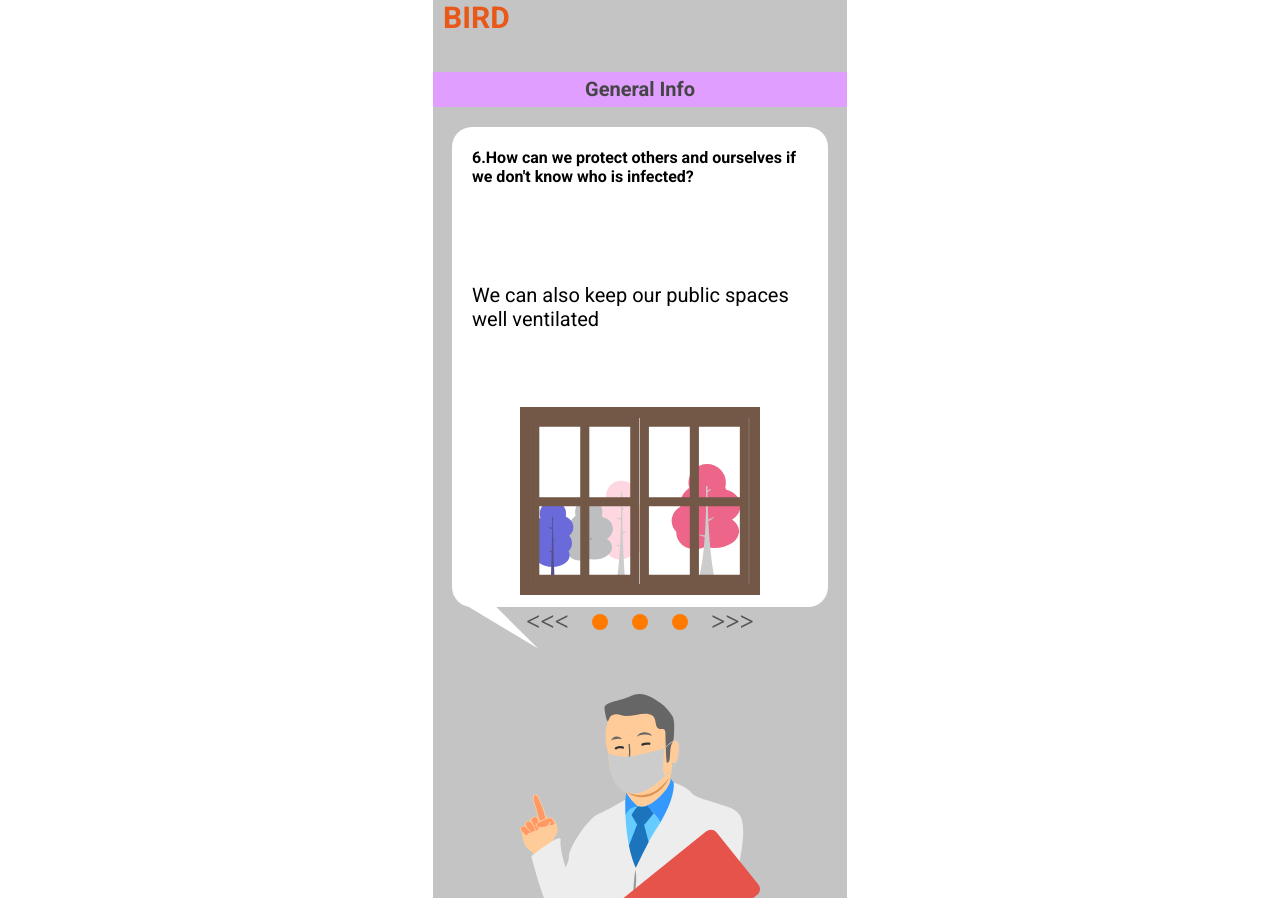
Repository: Levic559/BIRD
Page: General_info-6/4.html
The author's editor kept a copy of each file at every save. The page is drawn from the files as they stood at one save, then again after the next save.
The browser window is 1280 px wide. The pictures show the whole page.

Above is the page before, as saved 2021-03-11 01:32:17.
Console error: TypeError: Cannot read properties of null (reading 'style')

### General_info-6/4.html
<!DOCTYPE html>
<html lang="en">
<head>
  <meta charset="UTF-8">
  <meta http-equiv="X-UA-Compatible" content="IE=edge">
  <meta name="viewport" content="width=device-width, initial-scale=1.0">
  <title>General Info 6-4</title>
  <link rel="stylesheet" href="../4-6styles/mystyle.css">
  <link rel="preconnect" href="https://fonts.gstatic.com">
  <link href="https://fonts.googleapis.com/css2?family=Roboto:wght@100;400;700&display=swap" rel="stylesheet">
</head>
<body>
  <div class="wrap">
    <div class="pages">
      <div class="header"></div>
      <div class="banner"></div>
      <div class="infographic">
        <h4 class="infographicQ">
          6.How can we protect others and ourselves if we don't know who is infected?
        </h4>
        <p class="infographicText">
          We can also keep our public spaces well ventilated
        </p>
        <div class="infographicImg">
          <!--Add Click interaction-->
          <img src="../assets/window-closed.svg">
        </div>
      </div>
      <div class="triangle">
        <img src="../assets/chat-triangle.svg" class="triangleimg">
      </div>
      <div class="BtnPages"></div>
      <div class="Speaker">
        <img src="../assets/doctor-hand.svg" onmouseover="HandleDoctorOn()"
        onmouseout="HandleDoctorOut()" class="doctor">
      </div>
    </div>
</div>
</body>
<script src="../4-6styles/1_animations.js"></script>
<script src="../comps/Logo/index.js"></script>
<script src="../comps/Banner/index.js"></script>
<script src="../comps/BtnPages/index.js"></script>
<script src="4.js"></script>
<script>
        function HandleDoctorOn ()
  {
    document.querySelector(".doctor").src ="../assets/doctor.svg"
    document.querySelector(".doctor").style.width = "100%"
    document.querySelector(".doctor").style.height = "100%"
  }
  function HandleDoctorOut ()
  {
    document.querySelector(".doctor").src ="../assets/doctor-hand.svg"
    document.querySelector(".doctor").style.width = ""
    document.querySelector(".doctor").style.height = ""
  }
</script>
</html>

### 4-6styles/mystyle.css
body {
  margin: 0;
  padding: 0;
}

.wrap{
  width: 100vw;
  height: 100vh;
  box-sizing: border-box;
  position: relative;
  display: flex;
  flex-direction: row;
}
.pages{
  margin: 0 auto;
  width: 414px;
  height: 898px;
  display: flex;
  flex-direction: column;
  background-color: #C4C4C4;
  overflow: hidden;
}
.header{
  width: 414px;
  height: 85px;
  padding-left: 10px;
}
.banner{
  width: 414px;
  height: 35px;
  margin: 0 ;
  padding: 0;
}
.bgcWhite{
  background-color: #fff;
}

.infographic {
  width: 376px;
  min-height: 480px;
  max-height: 480px;
  margin-top: 20px;
  background-color: white;
  border-radius: 20px;
  align-self: center;
  display: flex;
  flex-direction: column;
  align-items: center;
  justify-content: space-between;
  overflow: hidden;
}

.triangle {
  width: 70px;
  height: 70px;
  overflow: hidden;
  position: relative;
  left: 35px;
  bottom: 9px;
}

.triangleimg {
  width: 100%;
  height: 100%;
}

.BtnPages {
  align-self: center;
  position: relative;
  bottom: 58px;
}

.Speaker {
  width: 240px;
  height: 240px;
  overflow: hidden;
  align-self: center;
}

.infographicImg {
  width: 240px;
  height: 200px;
  overflow: hidden;
}

.scContainer {
  width: 100%;
  height: 200px;
  display: flex;
  flex-direction: row;
  justify-content: center;
  position: relative;
  top: 50px;
}

.right {
  position: relative;
  left: 0px;
}
.left {
  position: relative;
  right: 0px;
}


.infographicQ {
  font-family: Roboto;
  padding-left: 20px;
  padding-right: 20px;
}

.infographicText {
  font-family: Roboto;
  font-size: 20px;
  padding-left: 20px;
  padding-right: 20px;
}

.safetyButton {
  position: absolute;
  display: flex;
  flex-direction: column;
  justify-content: space-around;
  align-items: center;
  width: 130px;
  height: 30px;
  border-radius: 10px;
  background-color: #FF7A00;
  opacity: 0.7;
  top:350px;
  font-family: Roboto;
  font-size: 16px;
}

.safetyButton:hover
{
  opacity: 1;
}




@keyframes appear {
  0% {
    opacity: 0;
  }
  100% {
    opacity: 1;
  }
}

 @keyframes moveright {
  0% {
    left: 0px;
  }
  100% {
    left: 60px;
  }
}

@keyframes moveleft {
  0% {
    right: 0px;
  }
  100% {
    right: 60px;
  }
}

### 4-6styles/1_animations.js
function virusTwo () {
    var first = document.getElementById("vTwo")
    first.style.WebkitAnimation = "appear 0.5s linear"
    first.style.opacity = 1;
}
function virusThree () {
    var second = document.getElementById("vThree")
    second.style.WebkitAnimation = "appear 0.5s linear"
    second.style.opacity = 1;
}

setTimeout(virusTwo, 2000)
setTimeout(virusThree, 4000)

function maskOn () {
    var patient = document.getElementById("maskon")
    var button = document.getElementById("safetyButton")

    patient.style.WebkitAnimation = "appear 0.5s linear"
    patient.style.opacity = 1;

    button.style.display = "none"
}

function movedudes () {
    var mask1 = document.getElementById("leftdude")
    mask1.style.WebkitAnimation = "moveleft 1s ease-in-out"
    mask1.style.right = "60px"

    var mask2 = document.getElementById("rightdude")
    mask2.style.WebkitAnimation = "moveright 1s ease-in-out"
    mask2.style.left = "60px"

    var button = document.getElementById("safetyButton")
    button.style.display = "none"

    function arrowAppear() {
        var distancing = document.getElementById("distancing")
        distancing.style.WebkitAnimation = "appear 0.5s linear"
        distancing.style.opacity = 1
    }


    setTimeout(arrowAppear, 1500)
}

### comps/Logo/index.js
function LogoUI(fontSize="84",fontWeight="700", Scolor="grey"){
  return`
  <div style="
  font-size:${fontSize}px;
  font-weight:${fontWeight};
  font-family: Roboto;
  position:absolute;
  color:#E95719;
  text-shadow:3px 3px 3px ${Scolor} ;
  transition: opactity 0.3s; left 0.5s;
  opacity:1;
  onmouseover="LogoUI.HandleMouseover(this)";
  onmouseout="LogoUI.HandleMouseout(this)";
  onclick="LogoUI.Handleclick(this)";
  >BIRD</div>

  `
}

LogoUI.HandleMouseover = (el) =>{
  el.style.opacity = 0.75;
}

LogoUI.HandleMouseout = (el) =>{
  el.style.opacity = 1;
}

LogoUI.Handleclick = (el) =>{
  el.style.top = "-20px";
  el.style.fontSize="550%";
}

// export  const Logo = LogoUI();

### comps/Banner/index.js
function BannerUI(text="Covid-19"){
  return`
  <div style="
  width:414px;
  height:35px;
  font-size:20px;
  line-height: 35px;
  text-align: center;
  font-weight:700;
  font-family: Roboto;
  background-color:#E09EFF;
  color:#454545;
  ">${text}</div>

  `
}

// export  const Banner = BannerUI();

### comps/BtnPages/index.js
function BtnPagesUI (circleTwo="#9A9999", circleThree="#9A9999", lastPage="../General_info_structure/General_info-1.html", nextPage="../General_info_structure/General_info-1.html")
{
    return`
        <div style="
            display: flex;
            flex-direction: row;
            max-width: 228px;
            min-width: 228px;
            justify-content: space-between;
            align-items: center;
        ">
            <div style="
                font-size: 25px;
                font-weight: bold;
                color: #545454;
                transition: text-shadow 0.3s;
            "
            onmouseover='BtnPagesUI.HandleMouseOver1(this)'
            onmouseout='BtnPagesUI.HandleMouseOut1(this)'
            onclick='window.location.href="${lastPage}"'
            > <<< </div>

            <div style="
                width: 16px;
                height: 16px;
                border-radius: 50%;
                background-color: #FF7A00;
                transition: border 0.3s;
            "
            onmouseover='BtnPagesUI.HandleMouseOver2(this)'
            onmouseout='BtnPagesUI.HandleMouseOut2(this)'
            onclick='window.location.href="../General_info-1/1.html"'
            ></div>
            <div style="
                width: 16px;
                height: 16px;
                border-radius: 50%;
                background-color: ${circleTwo};
                transition: border 0.3s;
            "
            onmouseover='BtnPagesUI.HandleMouseOver2(this)'
            onmouseout='BtnPagesUI.HandleMouseOut2(this)'
            onclick='window.location.href="../General_info-3/1.html"'
            ></div>
            <div style="
                width: 16px;
                height: 16px;
                border-radius: 50%;
                background-color: ${circleThree};
                transition: border 0.3s;
            "
            onmouseover='BtnPagesUI.HandleMouseOver2(this)'
            onmouseout='BtnPagesUI.HandleMouseOut2(this)'
            onclick='window.location.href="../General_info-5/1.html"'
            ></div>

            <div style ="
                font-size: 25px;
                font-weight: bold;
                color: #545454;
                transition: text-shadow 0.3s;
            "
            onmouseover='BtnPagesUI.HandleMouseOver1(this)'
            onmouseout='BtnPagesUI.HandleMouseOut1(this)'
            onclick='window.location.href="${nextPage}"'
            > >>> </div>
        </div>
    `
}

BtnPagesUI.HandleMouseOver1 = (el) => {
    el.style.textShadow = "0px 0px 3px black"
}

BtnPagesUI.HandleMouseOut1 = (el) => {
    el.style.textShadow = "0px 0px 0px #545454"
}

BtnPagesUI.HandleMouseOver2 = (el) => {
    el.style.border = " 2px solid #545454"
}
BtnPagesUI.HandleMouseOut2 = (el) => {
    el.style.border = " 0px solid #545454"
}



//export const BtnPages = BtnPagesUI()

### General_info-6/4.js
document.querySelector(".header").innerHTML += LogoUI(30,700, "#C4C4C4");
document.querySelector(".banner").innerHTML += BannerUI("General Info")
document.querySelector(".BtnPages").innerHTML += BtnPagesUI("#FF7A00", "#FF7A00", "3.html", "5.html" );

After the next save:
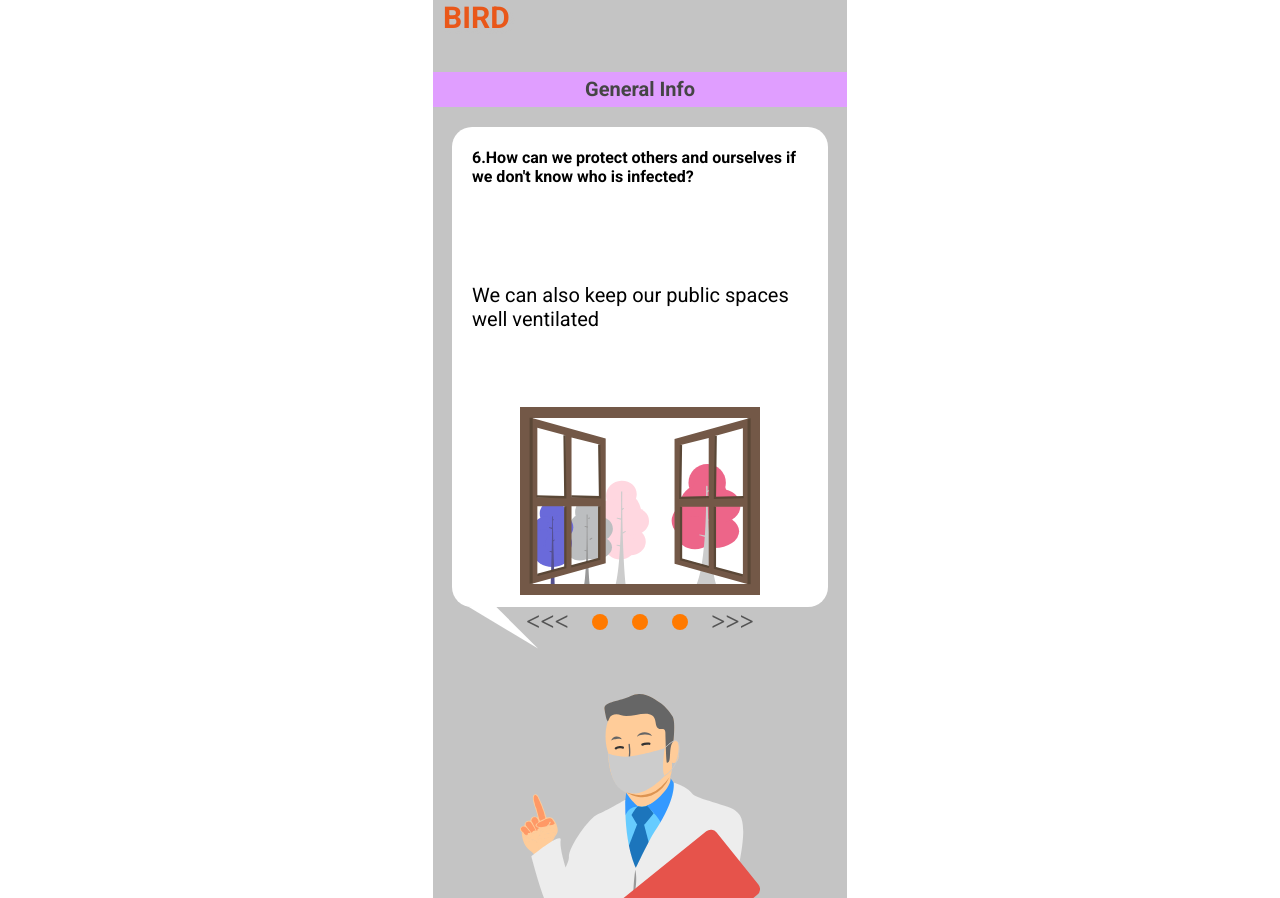
Saved 83 s later.
--- a/General_info-6/4.html
+++ b/General_info-6/4.html
@@ -23,7 +23,7 @@
         </p>
         <div class="infographicImg">
           <!--Add Click interaction-->
-          <img src="../assets/window-closed.svg">
+          <img src="../assets/window-open.svg">
         </div>
       </div>
       <div class="triangle">

After the save that followed:
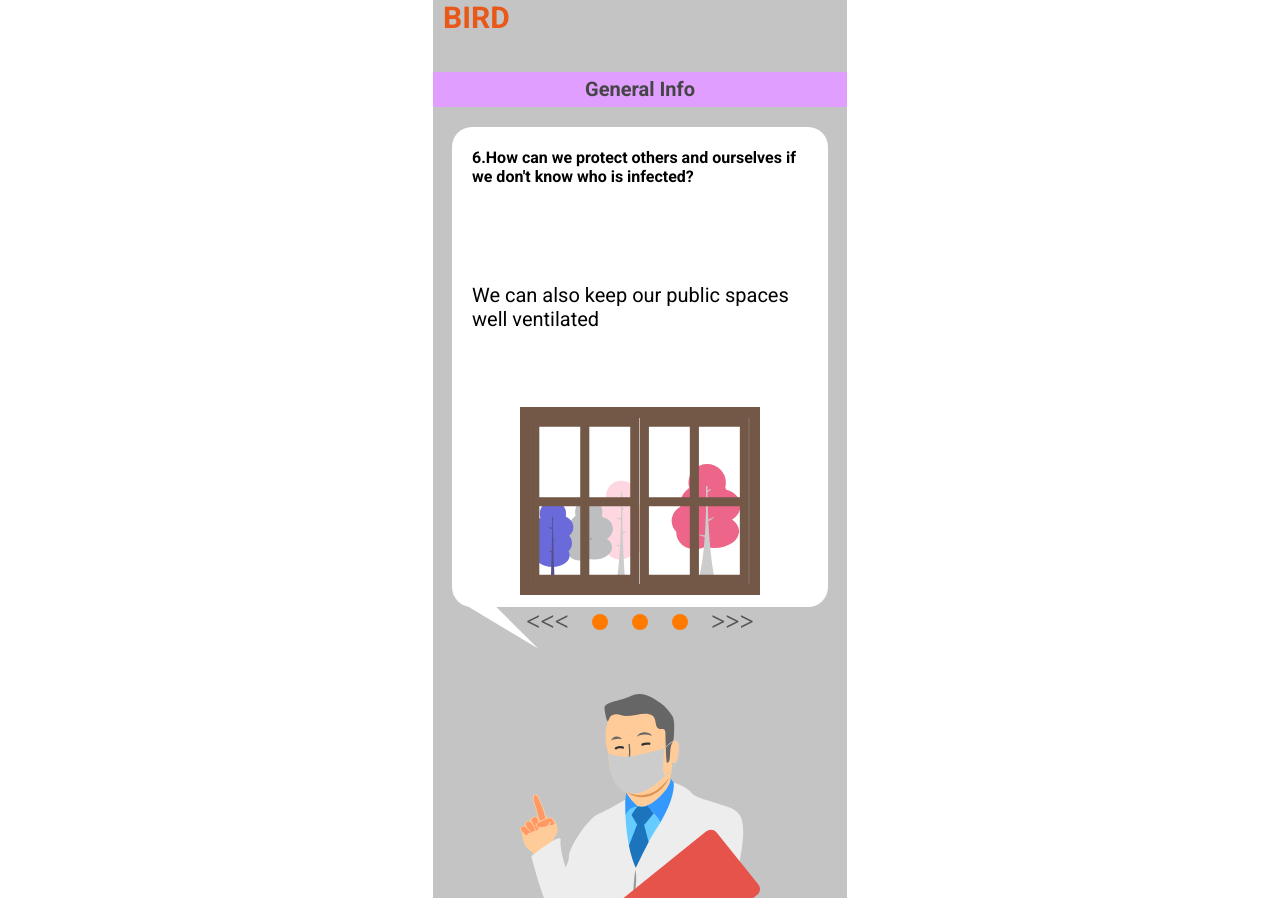
Saved 8 s later.
--- a/General_info-6/4.html
+++ b/General_info-6/4.html
@@ -23,7 +23,7 @@
         </p>
         <div class="infographicImg">
           <!--Add Click interaction-->
-          <img src="../assets/window-open.svg">
+          <img src="../assets/window-closed.svg">
         </div>
       </div>
       <div class="triangle">
